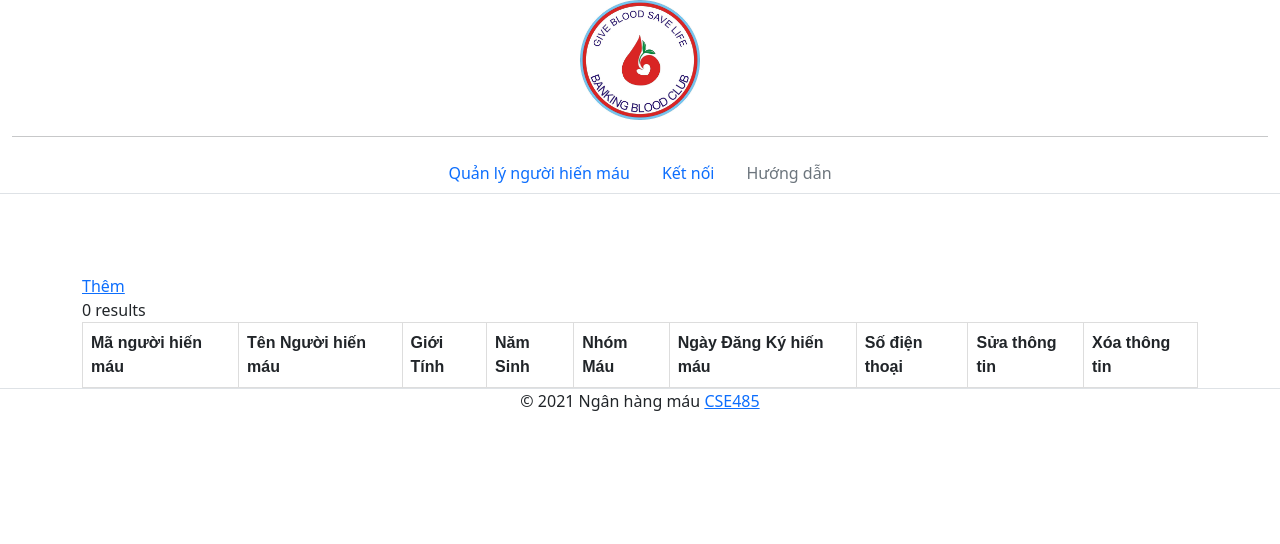
Repository: lengso01/CSE485_K61_KTGK_1951060981
Page: http://localhost/danhsach.php
An editor plug-in stored every save of this project. The page is shown before and after a run of saves, followed by the edit.
The browser window is 1280 px wide. The pictures show the whole page.
Some web libraries are served in a nearby version. The page is run by PHP 8.4 with error messages shown; the project is at /var/www/html/. Queries for data that is not in the repository find no rows.

Above is the page before, as saved 2021-10-21 11:12:00.

### src/danhsach.php
<?php
include('config/db.php');
include('header.php');
?>
<main>
<style>
    table {
        font-family: arial, sans-serif;
        border-collapse: collapse;
        width: 100%;
    }

    td,
    th {
        border: 1px solid #dddddd;
        text-align: left;
        padding: 8px;
    }

    tr:nth-child(even) {
        background-color: #dddddd;
    }
    /* .them a{
        border: 1px solid red;
        margin: 15px;
        padding: 15px;
        text-decoration: none;
    } */
    .add{
        margin-top: 40px;
    }
</style>
<div class="container">
        <div class="row add" >
            <div class="add">
            <a href="add-ds.php" ><i class="bi bi-person-plus-fill"></i>Thêm</a>
            </div>

        </div>
        <div class="row">
            <div class="col-md-12">
                <table>
                    <tr>
                        <th>Mã người hiến máu</th>
                        <th>Tên Người hiến máu</th>
                        <th>Giới Tính</th>
                        <th>Năm Sinh</th>
                        <th>Nhóm Máu</th>
                        <th>Ngày Đăng Ký hiến máu</th>
                        <th>Số điện thoại</th>
                        <th>Sửa thông tin</th>
                        <th>Xóa thông tin</th>

                    </tr>
                    <?php
                    include('config/db.php');
                    $sql = "SELECT * FROM BLOOD_DONOR";
                    $result = mysqli_query($conn, $sql);

                    if (mysqli_num_rows($result) > 0) {
                        // output data of each row
                        while ($row = mysqli_fetch_assoc($result)) {
                            echo '<tr>';
                            echo '<td>'.$row["bd_id"].'</td>';
                            echo '<td>'.$row["bd_name"].'</td>';
                            echo '<td>'.$row["bd_sex"].'</td>';
                            echo '<td>'.$row["bd_age"].'</td>';
                            echo '<td>'.$row["bd_bgroup"].'</td>';
                            echo '<td>'.$row["bd_reg_date"].'</td>';
                            echo '<td>'.$row["bd_phno"].'</td>';
                            // echo '<td><a href="" ><i class="bi bi-emoji-heart-eyes"></i>Sửa</a></td>';
                            // echo '<td><a href="xoa.php?id='.$row["bd_id"].'" ><i class="bi bi-trash-fill"></i>Xóa</a></td>';
                            echo '</tr>';
                        }
                    } else {
                        echo "0 results";
                    }

                    mysqli_close($conn);
                    ?>
                </table>
            </div>
        </div>
    </div>
</main>
<?php
    include('footer.php');
?>

### src/config/db.php
<?php
  $servername = "localhost";
  $username = "root";
  $password = "";

  // Create connection
  $conn = mysqli_connect($servername, $username, $password, 'project');
?>

### src/header.php
<!doctype html>
<html lang-en>
    <head>
        <!-- Meta tags -->
        <meta charset="utf-8">
        <meta name="viewport" content="width=device-width, initial-scale=1.0">
        <!-- Bootstrap CSS -->
        <link href="https://cdn.jsdelivr.net/npm/bootstrap@5.0.2/dist/css/bootstrap.min.css" rel="stylesheet" integrity="sha384-EVSTQN3/azprG1Anm3QDgpJLIm9Nao0Yz1ztcQTwFspd3yD65VohhpuuCOmLASjC" crossorigin="anonymous">

        <title>Quản lý ngân hàng máu</title>
    </head>
    <body>
        <header>
            <div class="container-fluid border-bottom border-1 boder-dark">
                <div class="row">
                    <div class="col-md-12 text-center">
                        <img src="image/Logo_nghm.jpg" alt="" class="col-md-6" style="width:120px " >
                        <hr>
                        <div class="col-md-12">
                            <ul class="nav justify-content-center">
                                <li class="nav-item">
                                    <a class="nav-link" href="danhsach.php" >Quản lý người hiến máu</a>
                                </li>
                                <li class="nav-item">
                                    <a class="nav-link" href="#" >Kết nối</a>
                                </li>
                                <li class="nav-item">
                                    <a class="nav-link disabled" href="#" >Hướng dẫn</a>
                                </li>
                            </ul>
                        </div>
                    </div>
                </div>
            </div>
        </header>

### src/footer.php

<footer>
    <div class="container-fluid border-top border-1 boder-dark flex-end">
        <div class="container">
            <div class="row">
                <div class="col-md-12">
                    <p class="text-center">© 2021 Ngân hàng máu <a href="#">CSE485</a></p>
                </div>
            </div>
        </div>
    </div>
</footer>
        <script src="https://cdn.jsdelivr.net/npm/@popperjs/core@2.10.2/dist/umd/popper.min.js" integrity="sha384-7+zCNj/IqJ95wo16oMtfsKbZ9ccEh31eOz1HGyDuCQ6wgnyJNSYdrPa03rtR1zdB" crossorigin="anonymous"></script>
        <script src="https://cdn.jsdelivr.net/npm/bootstrap@5.1.1/dist/js/bootstrap.bundle.min.js" integrity="sha384-/bQdsTh/da6pkI1MST/rWKFNjaCP5gBSY4sEBT38Q/9RBh9AH40zEOg7Hlq2THRZ" crossorigin="anonymous"></script>
    </body>
</html>

After the next 2 saves:
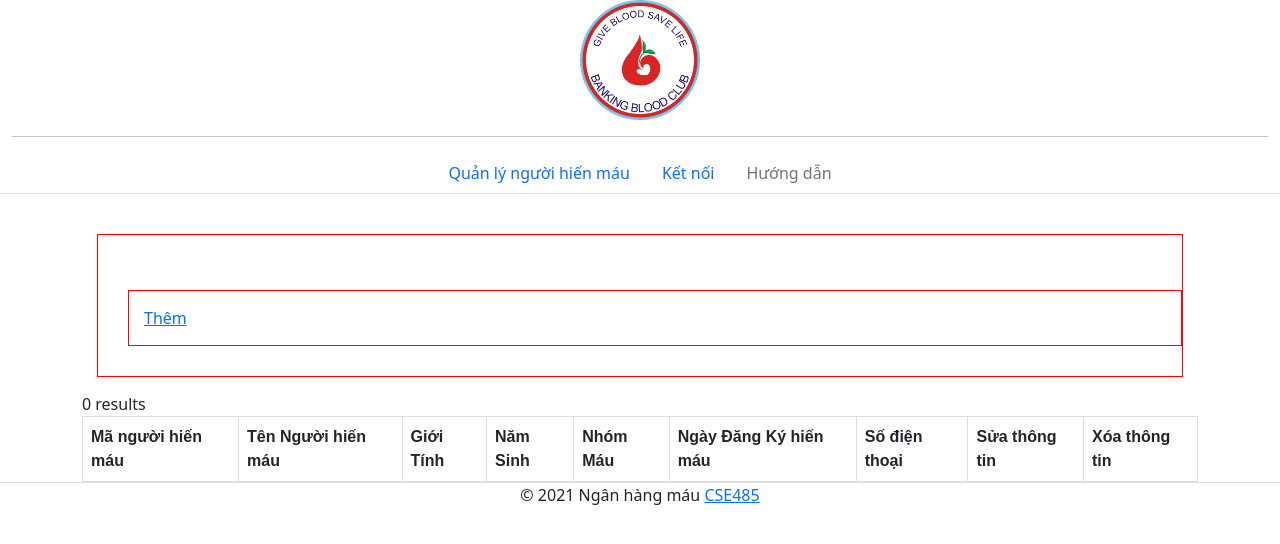
The 2 saves are shown as one change because they came seconds apart.
The last was saved 67 s later.
--- a/src/danhsach.php
+++ b/src/danhsach.php
@@ -20,13 +20,11 @@
     tr:nth-child(even) {
         background-color: #dddddd;
     }
-    /* .them a{
+    .add{
         border: 1px solid red;
         margin: 15px;
         padding: 15px;
         text-decoration: none;
-    } */
-    .add{
         margin-top: 40px;
     }
 </style>
